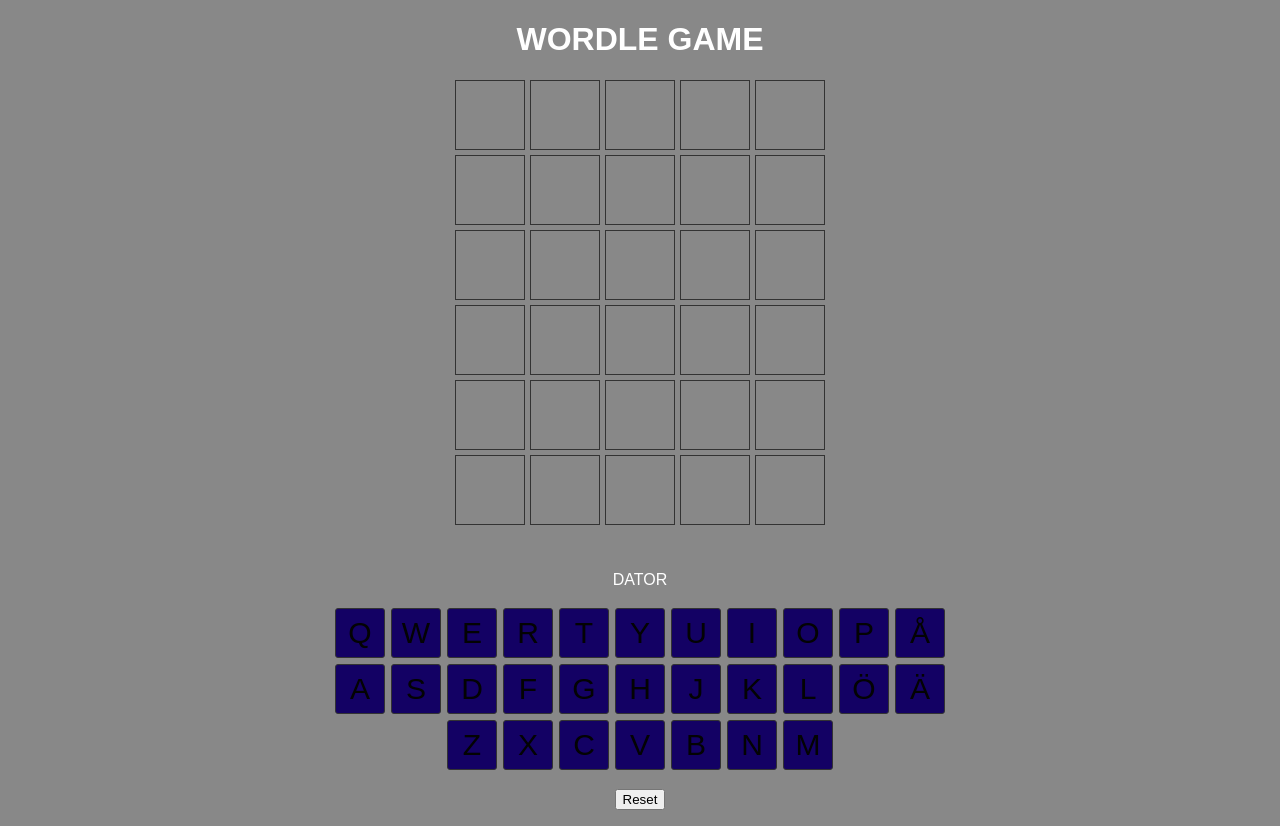
Repository: KarimIsaac/WorldeGame
Page: index.html
These files come from the project's save history. The page is drawn as it stood at one moment and after a run of saves; the edit follows.
The browser window is 1280 px wide. The pictures show the whole page.

Above is the page before, as saved 2022-03-13 07:24:58.

### index.html
<!DOCTYPE html>
<html lang="en">
<head>
    <meta charset="UTF-8">
    <meta http-equiv="X-UA-Compatible" content="IE=edge">
    <meta name="viewport" content="width=device-width, initial-scale=1.0">
    <title>Worlde Game</title>
    <link rel="stylesheet" href="style.css">
</head>
<body>

    <h1>Wordle Game</h1>
    <div id="grid"></div>
    <p id="answer"></p>
    <div id="keyboard"></div>

    <p>
      <button onClick="init()">Reset</button>
      </o>

      <script src="script.js"></script>
</body>
</html>

### style.css
html,
body {
  text-align: center;
  background: rgb(136, 136, 136);
  color: white;
  text-transform: uppercase;
  font-family: sans-serif;
}

#grid {
  display: inline-grid;
  grid-template-rows: repeat(6, 70px);
  grid-template-columns: repeat(5, 70px);
  gap: 5px;
  margin-bottom: 30px;
}

#grid div {
  border: 1px solid #333;
  display: flex;
  align-items: center;
  justify-content: center;
  font-size: 40px;
}

#keyboard button {
  appearance: none;
  border: 1px solid #333;
  background: rgb(19, 1, 100);
  color: rgb(3, 3, 3);
  font-size: 30px;
  display: inline-block;
  width: 50px;
  height: 50px;
  line-height: 1;
  margin: 3px;
  text-transform: uppercase;
  border-radius: 3px;
}

.answer{
display: none;

}

### script.js
const grid = document.getElementById("grid");
const keyboard = document.getElementById("keyboard");

let answer = "";

const words = [
, "spela"
, "äpple"
, "hoppa"
, "dansa"
, "dator"
, "cykla"
, "skola"
, "TRÄNA"
];

let attempts = [];
let currentAttempt = "";

function drawGrid() {
  grid.innerHTML = "";

  for (i = 0; i < 6; i++) {
    for (j = 0; j < 5; j++) {
      const cell = document.createElement("div");
      grid.appendChild(cell);
    }
  }
}

function drawKeyboard() {
  keyboard.innerHTML = "";

  renderKeyboardRow("qwertyuiopå");
  renderKeyboardRow("asdfghjklöä");
  renderKeyboardRow("zxcvbnm");
}

function renderKeyboardRow(chars) {
  const row = document.createElement("div");

  for (const c of chars) {
    const key = document.createElement("button");
    key.textContent = c;
    key.onclick = () => playLetter(c);

    row.appendChild(key);
  }

  keyboard.appendChild(row);
}

function renderAttempts() {
  for (i = 0; i < attempts.length; i++) {
    const attempt = attempts[i];

    for (j = 0; j < 5; j++) {
      const letter = attempt[j];

      cell = grid.children[i * 5 + j];
      cell.textContent = letter;

      if (letter === answer[j]) {
        cell.style.backgroundColor = "green";
      } else if (answer.includes(letter)) {
        cell.style.backgroundColor = "#bfbf2e";
      } else {
        cell.style.backgroundColor = "#000";
      }
    }
  }
}

function renderCurrentAttempt() {
  for (i = 0; i < 5; i++) {
    const letter = currentAttempt[i] || "";

    cell = grid.children[attempts.length * 5 + i];
    cell.textContent = letter;
  }
}

function playLetter(letter) {
  currentAttempt = currentAttempt + letter;

  renderCurrentAttempt();
}

function handleInput(e) {
  const key = e.key.toLowerCase();

  if (key === "enter" && currentAttempt.length === 5) {
    attempts.push(currentAttempt);
    currentAttempt = "";

    renderAttempts();
  }

  if (key === "backspace" && currentAttempt.length) {
    const letters = currentAttempt.split("");
    letters.pop();
    currentAttempt = letters.join("");

    renderCurrentAttempt();
  }

  if (/^[a-z]$/.test(key) && currentAttempt.length < 5) {
    playLetter(key);
  }
}

function init() {
  attempts = [];
  currentAttempt = "";

  answer = words[Math.floor(Math.random() * words.length)];

  document.getElementById("answer").textContent = answer;

  drawGrid();
  drawKeyboard();

  renderAttempts();
  renderCurrentAttempt();

  document.removeEventListener("keydown", handleInput);
  document.addEventListener("keydown", handleInput);
}

init();

After the next 2 saves:
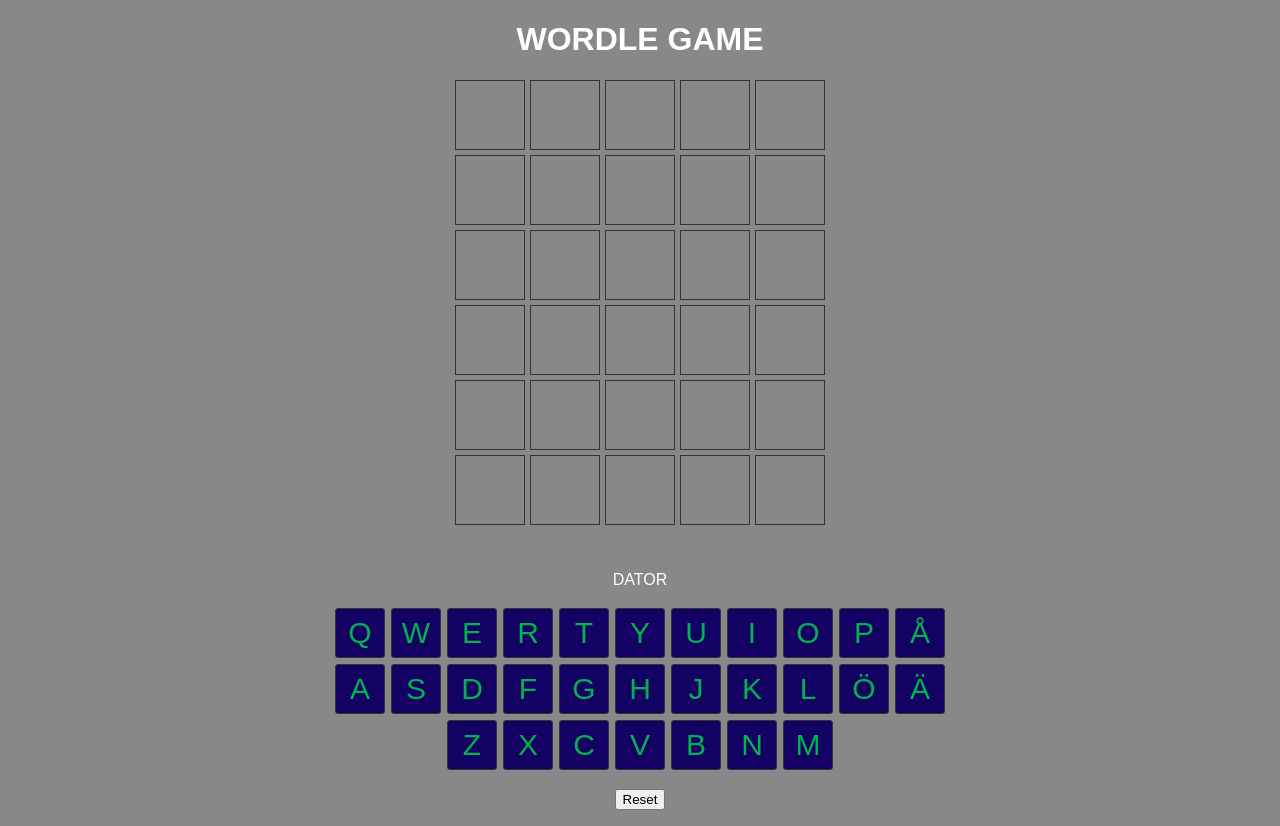
The 2 saves are shown as one change because they came seconds apart.
The last was saved 6 s later.
--- a/style.css
+++ b/style.css
@@ -27,7 +27,7 @@ body {
   appearance: none;
   border: 1px solid #333;
   background: rgb(19, 1, 100);
-  color: rgb(3, 3, 3);
+  color: rgb(0, 179, 80);
   font-size: 30px;
   display: inline-block;
   width: 50px;
